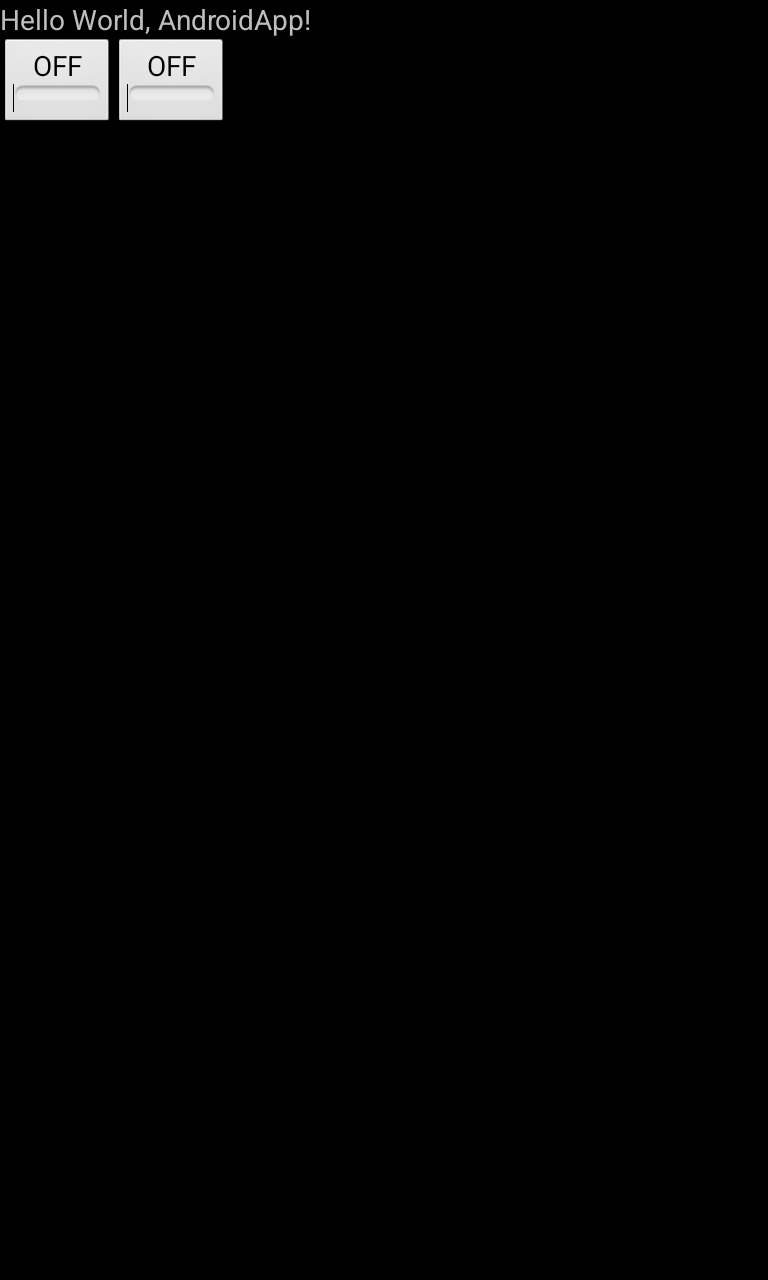
Repository: ondemanddesign/AndroidApp
Layout: AndroidApp/res/layout/main.xml
These files come from the project's save history. The layout is drawn as it stood at one moment and after the next save; the edit follows.
It is drawn on a 768 x 1280 px phone screen (xhdpi) without system bars, with theme android:Theme; the app's code is not run.

Above is the layout before, as saved 2011-06-14 20:47:32.

### AndroidApp/res/layout/main.xml
<?xml version="1.0" encoding="utf-8"?>
<LinearLayout xmlns:android="http://schemas.android.com/apk/res/android"
    android:orientation="vertical"
    android:layout_width="fill_parent"
    android:layout_height="fill_parent"
    >
<TextView
    android:layout_width="fill_parent"
    android:layout_height="wrap_content"
    android:text="@string/hello"
    />
<LinearLayout android:id="@+id/linearLayout1" android:layout_width="match_parent" android:layout_height="wrap_content">
    <ToggleButton android:text="ToggleButton" android:id="@+id/toggleButton1" android:layout_width="wrap_content" android:layout_height="wrap_content"></ToggleButton>
    <ToggleButton android:text="ToggleButton" android:id="@+id/toggleButton2" android:layout_width="wrap_content" android:layout_height="wrap_content"></ToggleButton>
</LinearLayout>
</LinearLayout>

### AndroidApp/res/values/strings.xml
<?xml version="1.0" encoding="utf-8"?>
<resources>
    <string name="hello">Hello World, AndroidApp!</string>
    <string name="app_name">AndroidApp</string>
</resources>

After the next save:
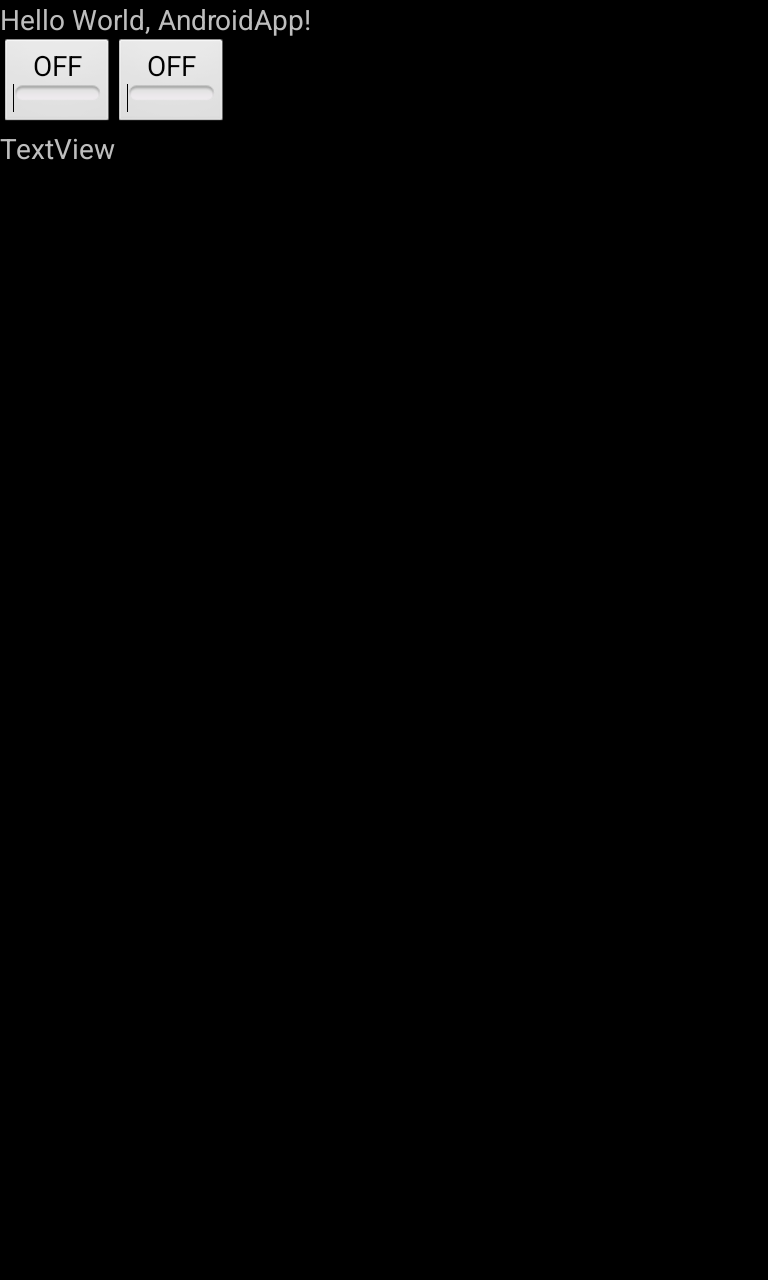
Saved 5 min 7 s later.
--- a/AndroidApp/res/layout/main.xml
+++ b/AndroidApp/res/layout/main.xml
@@ -13,4 +13,5 @@
     <ToggleButton android:text="ToggleButton" android:id="@+id/toggleButton1" android:layout_width="wrap_content" android:layout_height="wrap_content"></ToggleButton>
     <ToggleButton android:text="ToggleButton" android:id="@+id/toggleButton2" android:layout_width="wrap_content" android:layout_height="wrap_content"></ToggleButton>
 </LinearLayout>
+<TextView android:layout_width="wrap_content" android:id="@+id/LED State" android:text="TextView" android:layout_height="wrap_content"></TextView>
 </LinearLayout>
